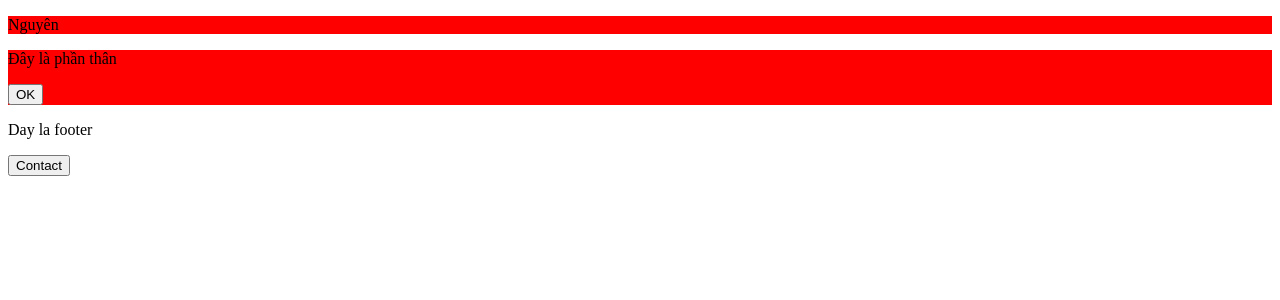
Repository: nguyenary/LeanSASS
Page: index.html
An editor plug-in stored every save of this project. The page is shown before and after the next save, followed by the edit.
The browser window is 1280 px wide. The pictures show the whole page.
The style sheet was rebuilt from its Sass, Less or Tailwind sources for each picture, by a compiler version that may differ from the author's.

Above is the page before, as saved 2021-09-04 23:13:01.

### index.html
<!DOCTYPE html>
<html lang="en">
<head>
    <meta charset="UTF-8">
    <meta http-equiv="X-UA-Compatible" content="IE=edge">
    <meta name="viewport" content="width=device-width, initial-scale=1.0">
    <link rel="stylesheet" href="dist/css/index.min.css">
    <title>Document</title>
</head>
<body>
    <header>
        <p>Nguyên</p>
    </header>
    <section>
        <p>Đây là phần thân</p>
        <button class="btn">OK</button>
    </section>
    <footer>
        <p>Day la footer</p>
        <button>Contact</button>
    </footer>
</body>
</html>

### style/index.scss
$main-color: red;
@import 'header';

@mixin buttonStyle {
    background: $main-color;
    border: 0;
    padding: 5px 10px;
    color: #fff;
}

section {
    background-color: $main-color;
}

### style/header.scss
header {
    background-color: $main-color;
}

After the next save:
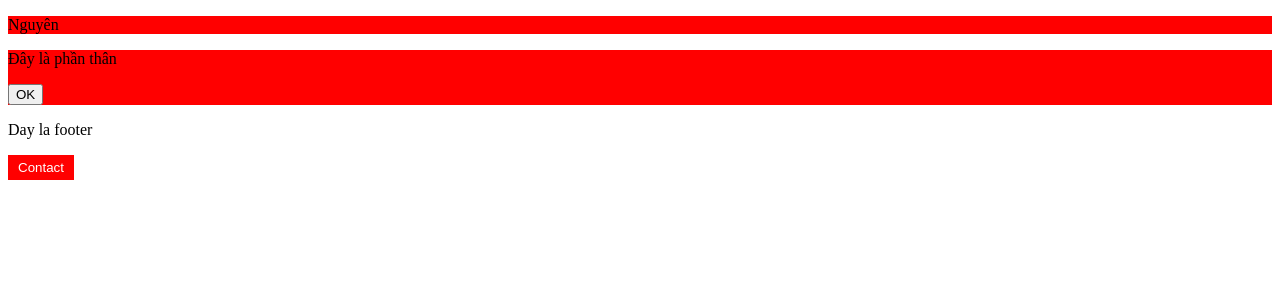
Saved 16 s later.
--- a/style/index.scss
+++ b/style/index.scss
@@ -11,3 +11,7 @@ $main-color: red;
 section {
     background-color: $main-color;
 }
+
+footer button {
+    @include buttonStyle
+}
